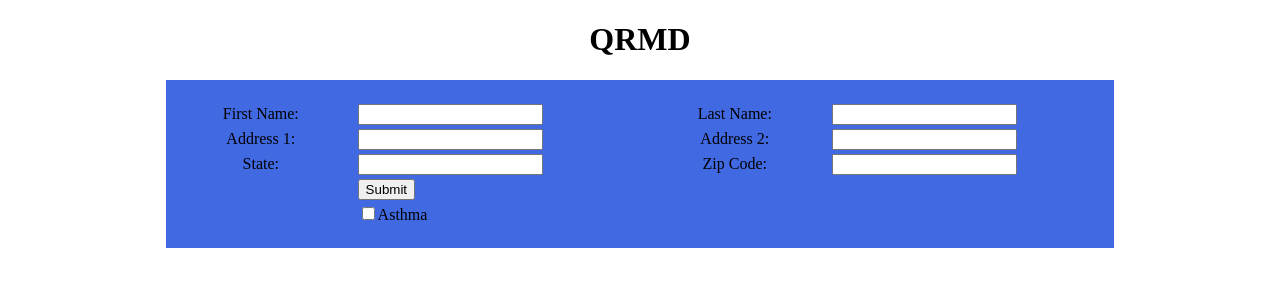
Repository: ImPickleRiiicck/QRMD
Page: http://localhost/QRMD/Pages/PatientInfoScreen.jsp
The author's editor kept a copy of each file at every save. The page is drawn from the files as they stood at one save, then again after the next save.
The browser window is 1280 px wide. The pictures show the whole page.
The page is served by Tomcat 9.

Above is the page before, as saved 2019-02-07 15:16:48.

After the next save:
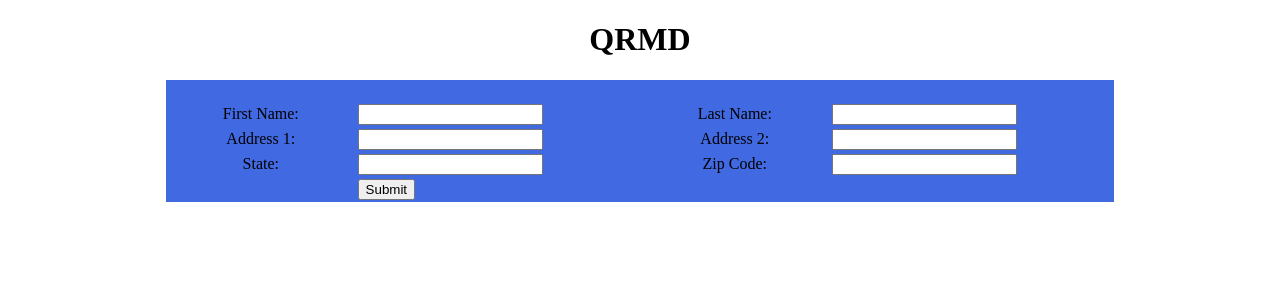
Saved 5 days later.
--- a/QRMD/WebContent/Pages/PatientInfoScreen.jsp
+++ b/QRMD/WebContent/Pages/PatientInfoScreen.jsp
@@ -47,14 +47,6 @@
                                     <td>&nbsp;</td>
                                     <td>&nbsp;</td>
                                 </tr>
-                                <tr>
-                                <td>&nbsp</td>
-                                    <td><input type="checkbox" name="id" value="Asthma">Asthma</td>
-                                </tr>
-                                <tr>
-                                    <td>&nbsp;</td>
-                                    <td>&nbsp;</td>
-                                </tr>
                         </div>
                 </font>
             </body>
